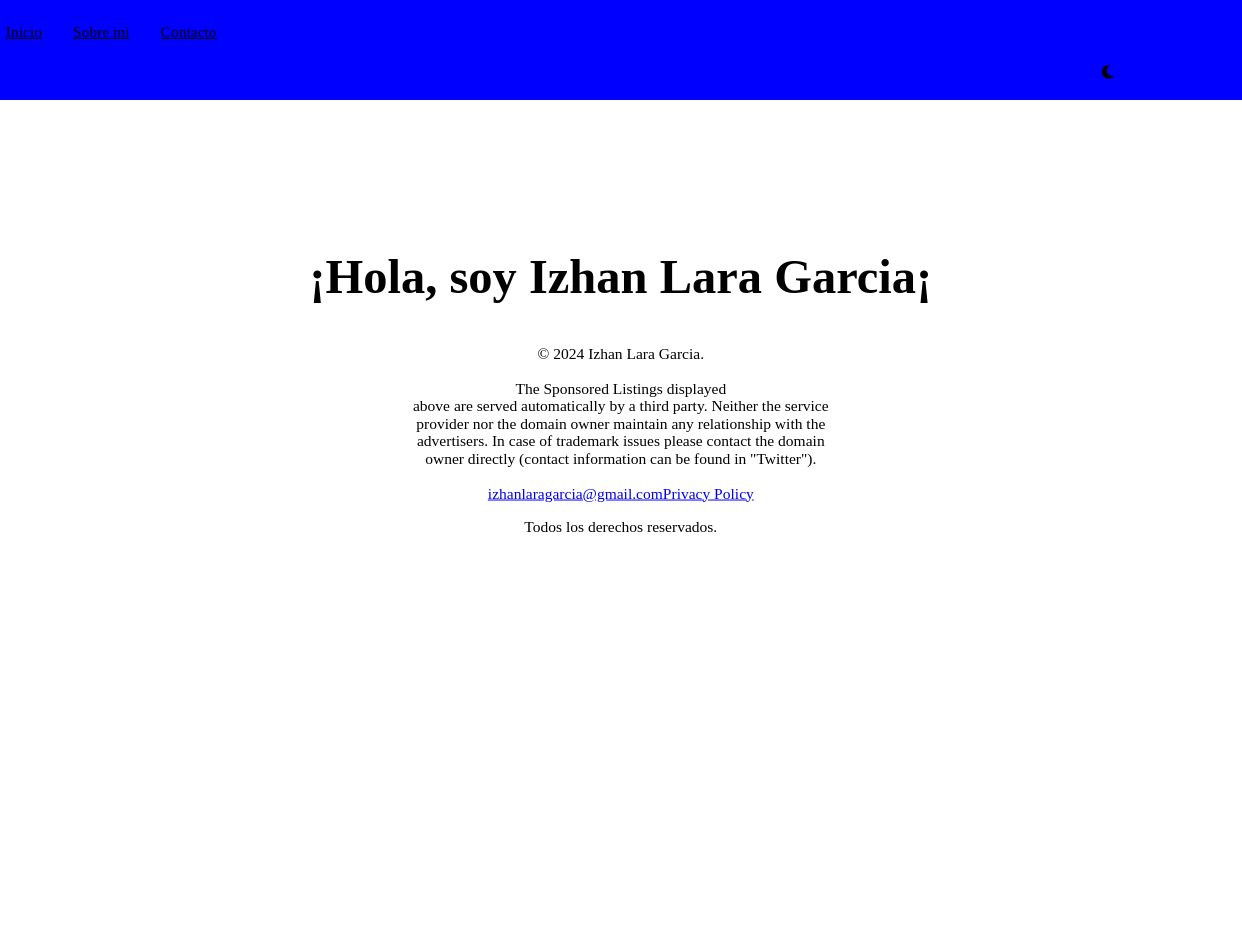
Repository: izhanlaraagarcia/izhanlaraagarcia.github.io
Page: / (app in vite-project/)
The author's editor kept a copy of each file at every save. The page is drawn from the files as they stood at one save, then again after the next save.
The browser window is 1280 px wide. The pictures show the whole page, at 97% of full size.
The project was rebuilt for these pictures with package versions that can differ from the ones it lists, and the page was loaded fresh each time. Also part of the build but not shown: vite-project/vite.config.js, vite-project/src/Home/Styles/estilos.css, vite-project/src/pages/About/about.jsx, vite-project/src/pages/Contact/contact.jsx.

Above is the page before, as saved 2024-07-11 19:27:11.

### vite-project/index.html
<!doctype html>
<html lang="en">
  <head>
    <meta charset="UTF-8" />
    <meta name="viewport" content="width=device-width, initial-scale=1.0" />
    <title>Izhan Lara Garcia</title>
  </head>
  <body>
    <div id="root"></div>
    <script type="module" src="/src/main.jsx"></script>
  </body>
</html>

### vite-project/src/App.jsx
import React from "react";
import { BrowserRouter as Router, Route, Routes } from "react-router-dom";
import Menu from "./Componentes-Generales/menu.jsx";
import Inicio from "./Home/Inicio.jsx";
import About from "./pages/About/about.jsx";
import Contact from "./pages/Contact/contact.jsx";

class App extends React.Component {
  render() {
    return (
      <Router>
        <Menu />
        <Routes>
          <Route path="/" element={<Inicio />} />
          <Route path="/sobre-mi" element={<About />} />
          <Route path="/contacto" element={<Contact />} />
        </Routes>
      </Router>
    );
  }
}

export default App;

### vite-project/src/index.css
/* :root {
  font-family: Inter, system-ui, Avenir, Helvetica, Arial, sans-serif;
  line-height: 1.5;
  font-weight: 400;

  color-scheme: light dark;
  color: rgba(255, 255, 255, 0.87);
  background-color: #242424;

  font-synthesis: none;
  text-rendering: optimizeLegibility;
  -webkit-font-smoothing: antialiased;
  -moz-osx-font-smoothing: grayscale;
}

a {
  font-weight: 500;
  color: #646cff;
  text-decoration: inherit;
}

a:hover {
  color: #535bf2;
}



h1 {
  font-size: 3.2em;
  line-height: 1.1;
}

button {
  border-radius: 8px;
  border: 1px solid transparent;
  padding: 0.6em 1.2em;
  font-size: 1em;
  font-weight: 500;
  font-family: inherit;
  background-color: #1a1a1a;
  cursor: pointer;
  transition: border-color 0.25s;
}

button:hover {
  border-color: #646cff;
}

button:focus,
button:focus-visible {
  outline: 4px auto -webkit-focus-ring-color;
}

@media (prefers-color-scheme: light) {
  :root {
    color: #213547;
    background-color: #ffffff;
  }

  a:hover {
    color: #747bff;
  }

  button {
    background-color: #f9f9f9;
  }
} */

body {
  right: 0;
  margin: 0%;
  width: 100%;
  margin-top: 20%;
  text-align: center;
  min-width: 320px;
  min-height: 100vh;

}

button {
  border-radius: 8px;
  border: 1px solid transparent;
  padding: 0.6em 1.2em;
  font-size: 1em;
  font-weight: 500;
  font-family: inherit;
  background-color: #1a1a1a;
  cursor: pointer;
  transition: border-color 0.25s;
}

### vite-project/src/Componentes-Generales/menu.jsx
import React from "react";
import { Link } from "react-router-dom";
import "./styles/menu.css";

import TemaComponent from "./thema";

class Menu extends React.Component {
  render() {
    return (
      <header>
        <nav>
          <ul>
            <li>
              <Link to="/">Inicio</Link>
            </li>
            <li>
              <Link to="/sobre-mi">Sobre mi</Link>
            </li>
            <li>
              <Link to="/contacto">Contacto</Link>
            </li>
            <li>
              <TemaComponent />
            </li>
          </ul>
        </nav>
      </header>
    );
  }
}

export default Menu;

### vite-project/src/Home/Inicio.jsx
import React from "react";
import "./Styles/estilos.css";

import Banner from "../Componentes-Generales/banner";
import Footer from "../Componentes-Generales/footer";

class Inicio extends React.Component {
  render() {
    return (
      // Pequeña presentacion para el inicio
      <>
        <Banner />
        <Footer />
      </>
    );
  }
}

export default Inicio;

### vite-project/src/Componentes-Generales/styles/menu.css
nav {
    top: 0;
    right: 0;
    margin: 0%;
    padding: 10px;
    position: fixed;
    width: 100%;

    background-color: blue;
}

nav ul {
    list-style-type: none;
    padding: 0;
    margin: 0;
}

nav a {
    float: left;
    display: block;
    color: black;
    text-align: center;
    padding: 14px 16px;
}

nav ul li a:hover {
    background-color: aliceblue;
}

### vite-project/src/Componentes-Generales/thema.jsx
import React, { useState } from "react";
import { FontAwesomeIcon } from "@fortawesome/react-fontawesome";
import { faSun, faMoon } from "@fortawesome/free-solid-svg-icons";

const TemaComponent = () => {
  const [dark, setDark] = useState(false);

  const handleClick = () => {
    if (dark) {
      document.body.style.backgroundColor = "white";
      setDark(false);
    } else {
      document.body.style.backgroundColor = "darkgrey";
      setDark(true);
    }
  };

  return (
    <button
      id="tema"
      style={{
        cursor: "pointer",
        background: "none",
        border: "none",
        outline: "none",
        marginLeft: "80%",
      }}
      onClick={handleClick}
      aria-label={dark ? "Cambiar al modo claro" : "Cambiar al modo oscuro"}
    >
      <FontAwesomeIcon
        icon={dark ? faSun : faMoon}
        style={{ color: dark ? "black" : "inherit" }}
      />
    </button>
  );
};

export default TemaComponent;

### vite-project/src/Componentes-Generales/banner.jsx
import React from "react";
import "./styles/banner.css";

class Banner extends React.Component {
  render() {
    return (
      <div>
        <section id="welcome">
          <h1>¡Hola, soy Izhan Lara Garcia¡</h1>
        </section>
      </div>
    );
  }
}

export default Banner;

### vite-project/src/Componentes-Generales/footer.jsx
import React from "react";
import "./styles/footer.css";

class Footer extends React.Component {
  render() {
    return (
      <footer id="footer">
        <footer class="copyright">
          © 2024 Izhan Lara Garcia.
          <br />
          <br />
          The Sponsored Listings displayed <br />
          above are served automatically by a third party. Neither the service
          <br />
          provider nor the domain owner maintain any relationship with the
          <br />
          advertisers. In case of trademark issues please contact the domain
          <br />
          owner directly (contact information can be found in "Twitter").
          <br />
          <br />
          <a href="mailto:izhanlaragarcia@gmail.com">
            izhanlaragarcia@gmail.com
          </a>
          <a href="https://policies.google.com/privacy?hl=es">Privacy Policy</a>
        </footer>
        <p>Todos los derechos reservados.</p>
      </footer>
    );
  }
}

export default Footer;

### vite-project/src/Componentes-Generales/styles/banner.css
h1{
  font-size: 50px;
}

### vite-project/src/Componentes-Generales/styles/footer.css
footer {
    position: relative;
    text-decoration: none;
}

footer a:hover {
    text-decoration: underline;
}

Loaded but not shown: vite-project/src/main.jsx (common file)

After the next save:
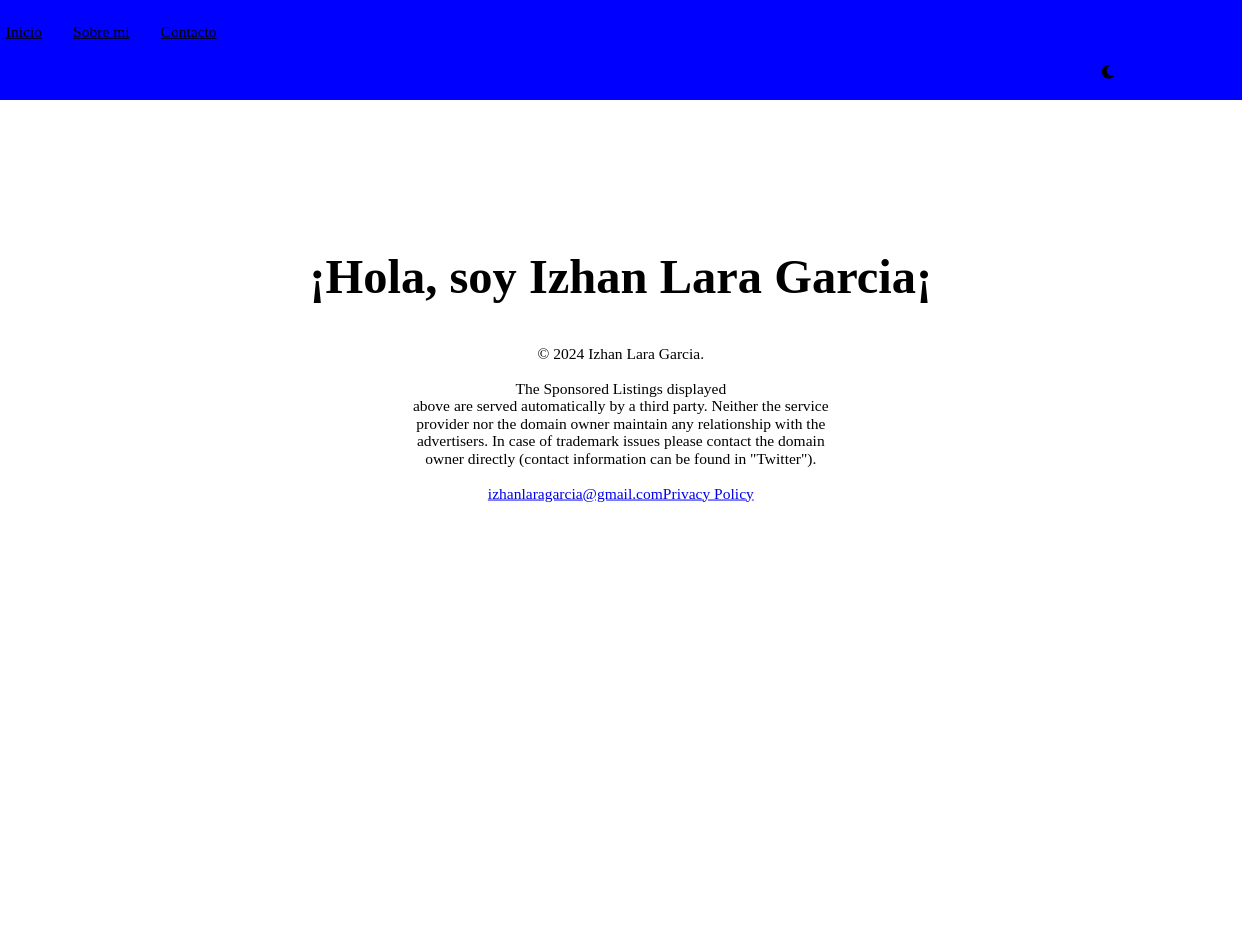
Saved 14 s later.
--- a/vite-project/src/Componentes-Generales/footer.jsx
+++ b/vite-project/src/Componentes-Generales/footer.jsx
@@ -5,7 +5,6 @@ class Footer extends React.Component {
   render() {
     return (
       <footer id="footer">
-        <footer class="copyright">
           © 2024 Izhan Lara Garcia.
           <br />
           <br />
@@ -24,8 +23,6 @@ class Footer extends React.Component {
           </a>
           <a href="https://policies.google.com/privacy?hl=es">Privacy Policy</a>
         </footer>
-        <p>Todos los derechos reservados.</p>
-      </footer>
     );
   }
 }
